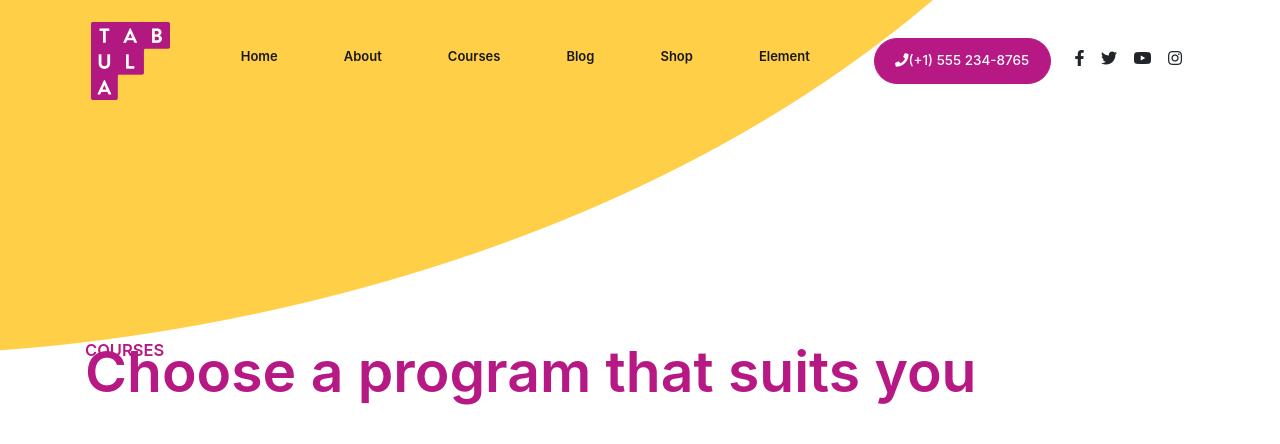
Repository: Khanh1234-glitch/TruongNguyenBaoKhanh_BC22_assignment__tabula
Page: Tabula/index.html
These files come from the project's save history. The page is drawn as it stood at one moment and after the next save; the edit follows.
The browser window is 1280 px wide. The pictures show the whole page.
The style sheet was rebuilt from its Sass, Less or Tailwind sources for each picture, by a compiler version that may differ from the author's.

Above is the page before, as saved 2022-04-16 09:28:51.

After the next save:
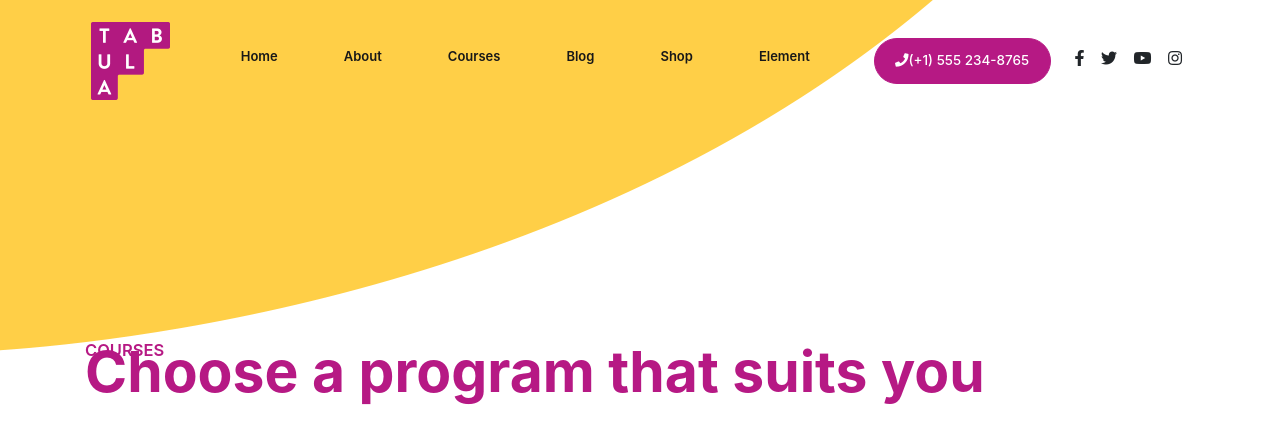
Saved 8 s later.
--- a/Tabula/Sass/Component/_herobook.scss
+++ b/Tabula/Sass/Component/_herobook.scss
@@ -5,7 +5,7 @@
         line-height: 19.8px;
     }
     h1 {
-        @include content2($fs-2, $fw-2, $color3);
+        @include content2($fs-2, $fw-3, $color3);
         line-height: 19.8px;
     }
 }
